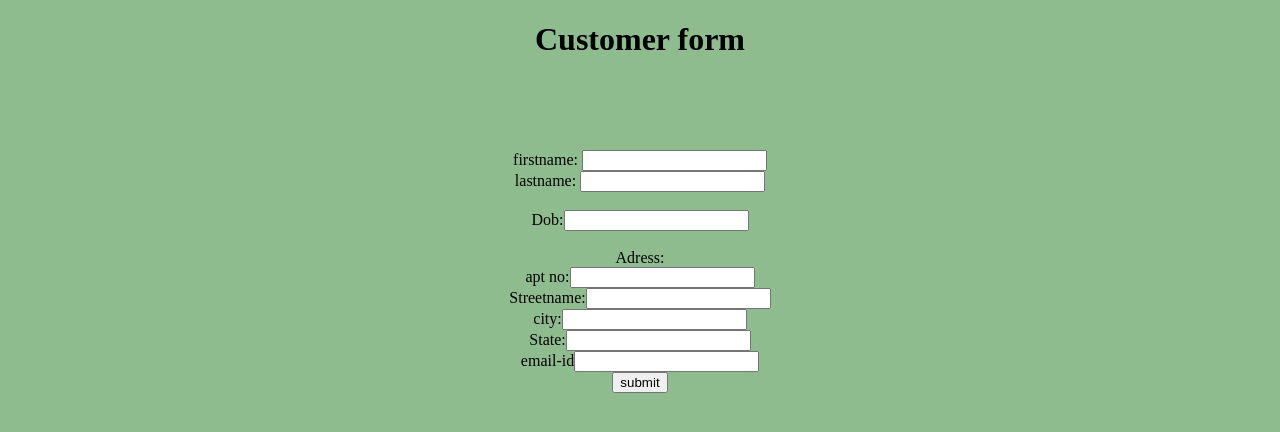
Repository: srinivaskommu/java-training
Page: http://localhost/milan-app/registerCustomer.jsp
The author's editor kept a copy of each file at every save. The page is drawn from the files as they stood at one save, then again after the next save.
The browser window is 1280 px wide. The pictures show the whole page.
The page is served by Tomcat 9. Nobody is signed in. The application's start-up code is not run.

Above is the page before, as saved 2015-07-25 04:09:29.

After the next save:
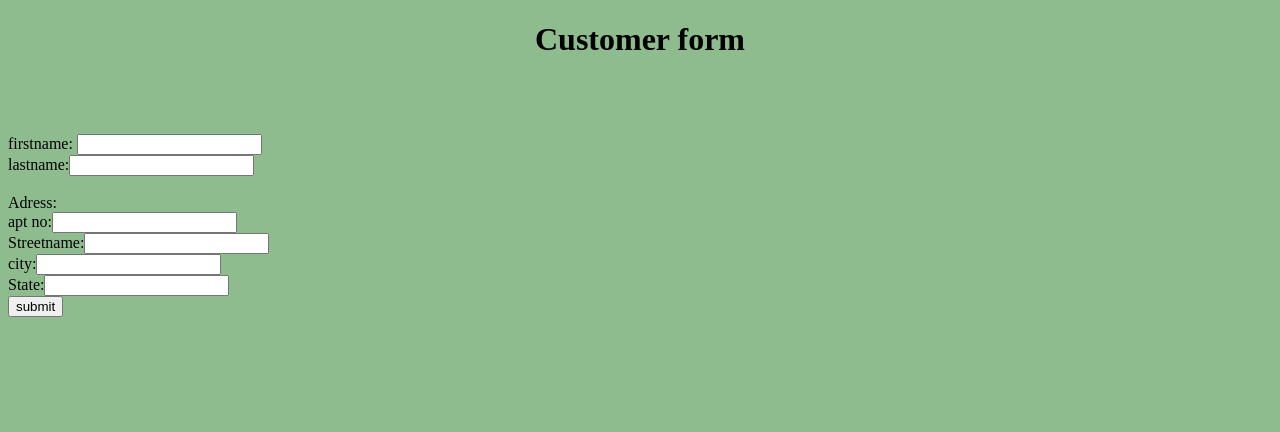
Saved 50 s later.
--- a/milan-app/src/main/webapp/registerCustomer.jsp
+++ b/milan-app/src/main/webapp/registerCustomer.jsp
@@ -27,16 +27,17 @@ body {
 		<br>
 		<br>
 
-		<p style="text-align: center">
 			firstname: <input type="text" name="firstname" />
-			<br> lastname:
-			<input type="text" name="lastname"><br>
-			<br> Dob:<input type="text" name="Dob"><br>
-			<br> Adress:<br> apt no:<input type"text" name="aptno"><br>
+			<br>
+			lastname:<input type="text" name="lastname"><br>
+
+				<br> Adress:<br>
+				 apt no:<input type"text" name="aptno">
+				 <br>
 			Streetname:<input type "text" name="Streetname"><br>
 			city:<input type "text" name="city"><br> State:<input
-				type"text" name="State"><br> email-id<input type="text"
-				name="email"><br>
+				type"text" name="State"><br>
+
 		 <input type="submit"
 				value="submit" onclick="form.action='Welcome.jsp';">
 		</p>
